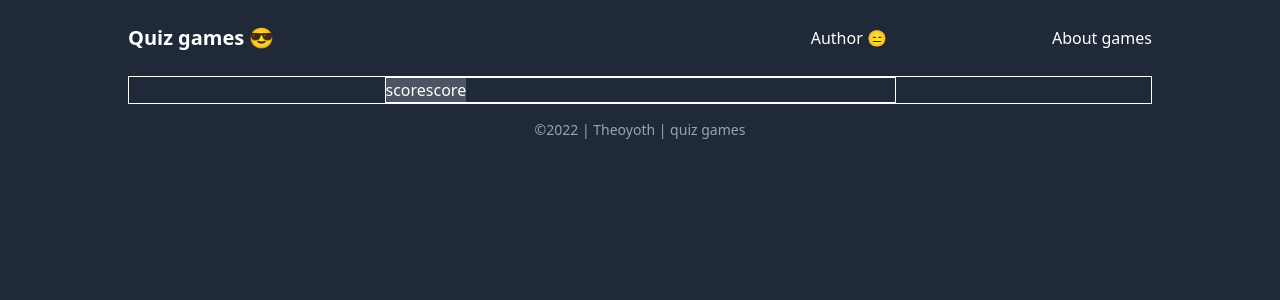
Repository: theoyoth/quiz-game
Page: /game
These files come from the project's save history. The page is drawn as it stood at one moment and after the next save; the edit follows.
The browser window is 1280 px wide. The pictures show the whole page.
The page's requests for data from a server got no answer. The project was rebuilt for these pictures with package versions that can differ from the ones it lists, and the page was loaded fresh each time. The framework's server and built-in components were replaced by stand-ins that run in the browser. No one was signed in, and anything a server would have sent is missing. Also part of the build but not shown: nuxt.config.js, layouts/404.vue, layouts/error.vue, layouts/errorLayout.vue. Imported but missing from the stored project, and not drawn on this page: components/EndPage.vue.

Above is the page before, as saved 2022-06-16 15:33:22.

After the next save:
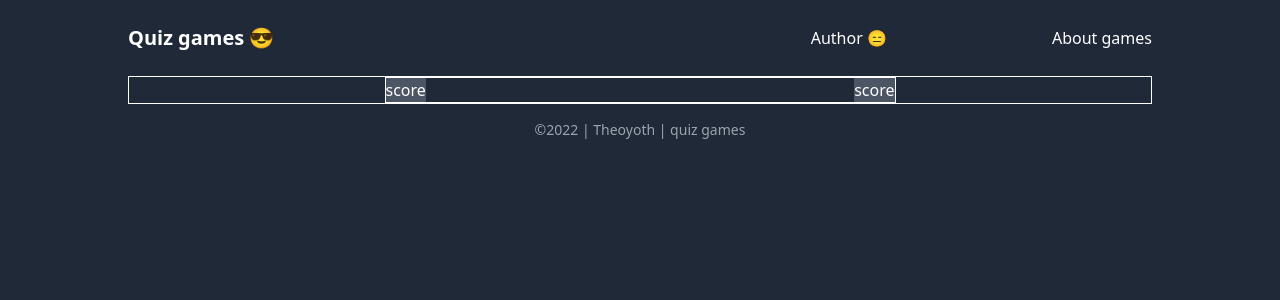
Saved 32 s later.
--- a/pages/game.vue
+++ b/pages/game.vue
@@ -3,7 +3,7 @@
     <Loading v-if="$fetchState.pending"/>
     <div v-else class="w-full grid grid-cols-1 place-items-center border border-white border-1">
       <div class="xl:w-1/2 lg:w-3/4 sm:w-11/12 md:w-2/3 border border-white border-1">
-        <div class="w-full flex justify-content-between">
+        <div class="w-full flex justify-between">
           <div class="bg-gray-600">score</div>
           <div class="bg-gray-600">score</div>
         </div>
